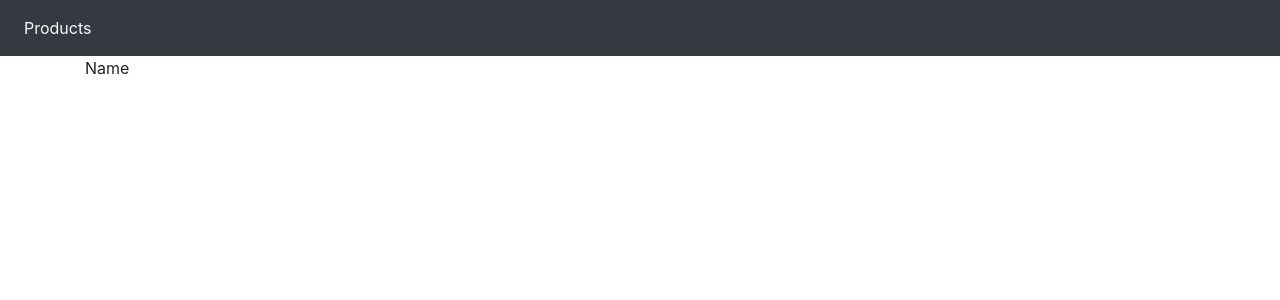
Repository: Aniksaha19/curd
Page: http://localhost/product/create
The author's editor kept a copy of each file at every save. The page is drawn from the files as they stood at one save, then again after a run of saves.
The browser window is 1280 px wide. The pictures show the whole page.
The page is served by the project's Laravel application, run on PHP 8.4 with Laravel 10.

Above is the page before, as saved 2023-06-01 16:39:09.

After the next 3 saves:
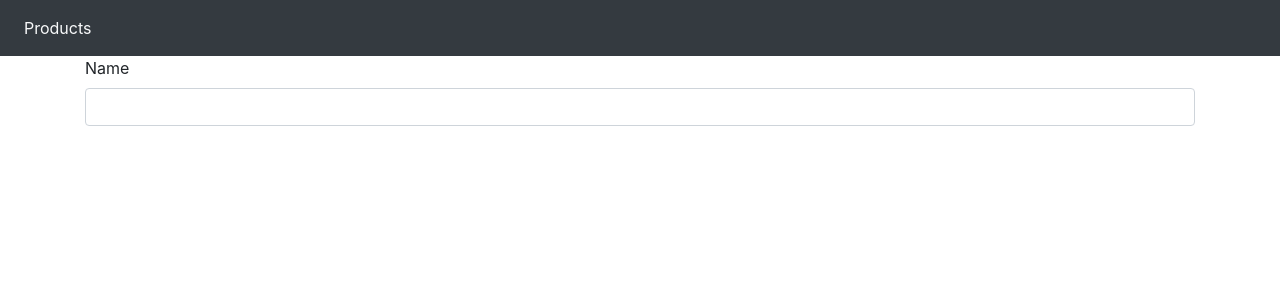
The 3 saves are shown as one change because they came seconds apart.
The last was saved 8 s later.
--- a/resources/views/products/create.blade.php
+++ b/resources/views/products/create.blade.php
@@ -27,7 +27,7 @@
                         @csrf
                         <div class="form-group">
                             <label>Name</label>
-                            <input type="text" name="name" class="form
+                            <input type="text" name="name" class="form-control"/>
                         </div>
                     </form>
                 </div>
